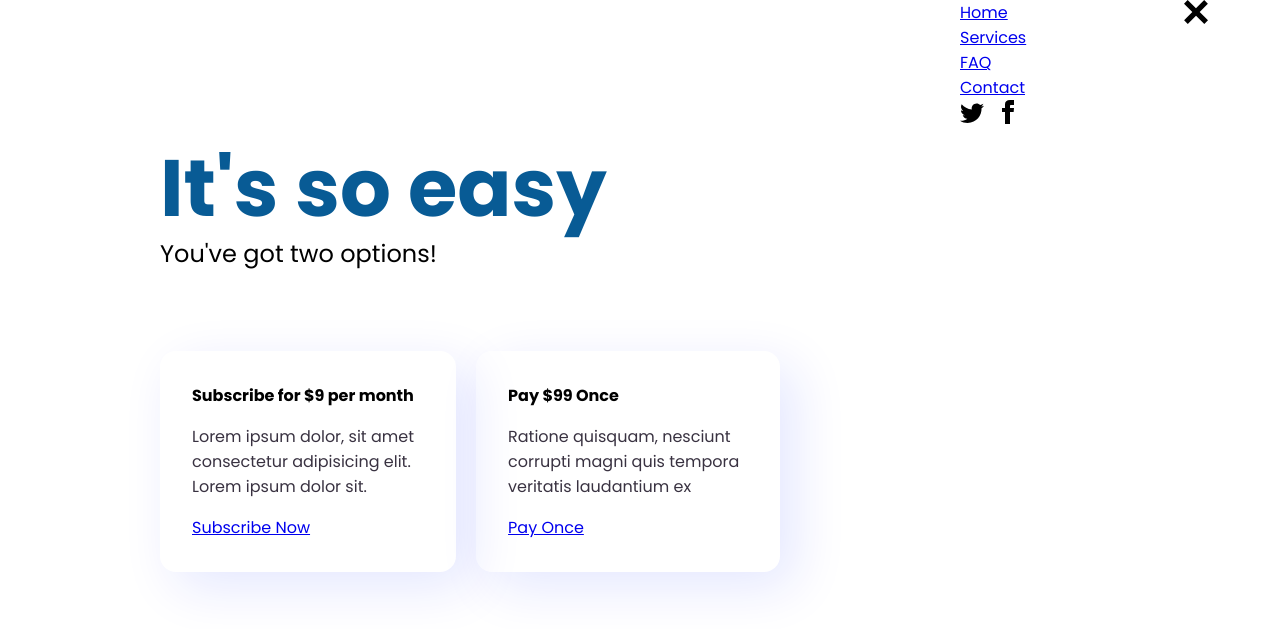
Repository: Hyperion72R/Animated-Navigation
Page: index.html
The author's editor kept a copy of each file at every save. The page is drawn from the files as they stood at one save, then again after the next save.
The browser window is 1280 px wide. The pictures show the whole page.
The style sheet was rebuilt from its Sass, Less or Tailwind sources for each picture, by a compiler version that may differ from the author's.

Above is the page before, as saved 2021-08-25 16:09:56.

After the next save:
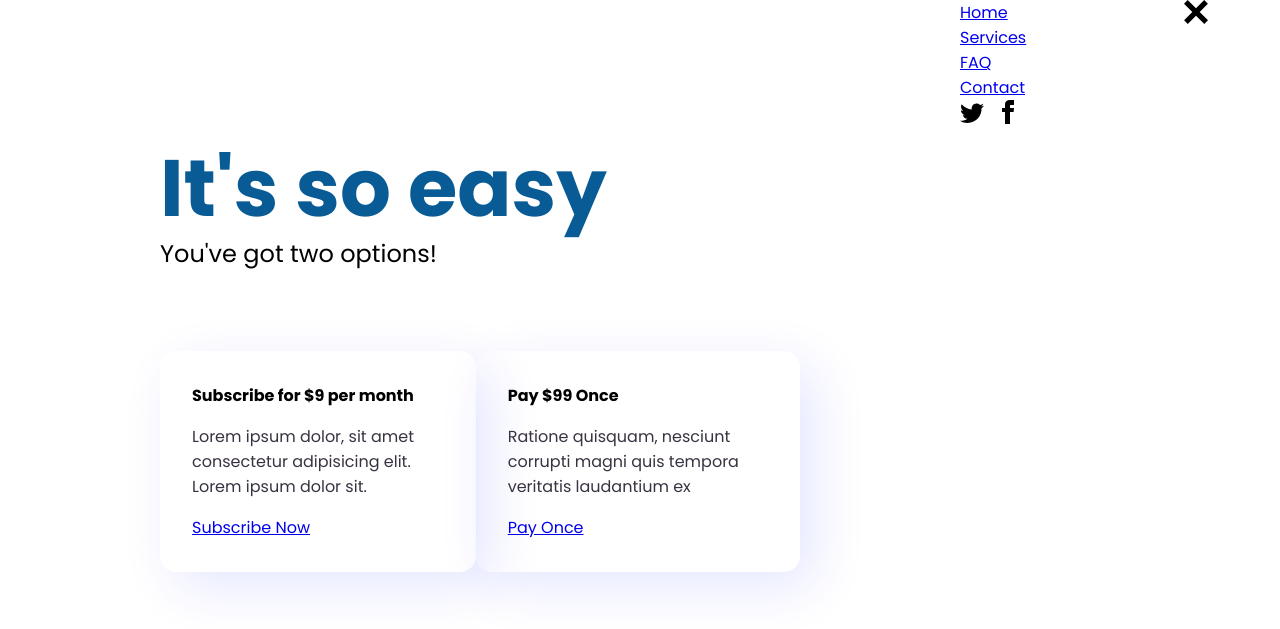
Saved 49 s later.
--- a/css/main.scss
+++ b/css/main.scss
@@ -145,7 +145,7 @@ h2 {
     padding: 2em;
     box-shadow: 15px 15px 53px rgba(0, 38, 255, 0.11);
     border-radius: 1em;
-    margin-right: 1.25em;
+    // margin-right: 1.25em;
 
     strong {
       color: black;
